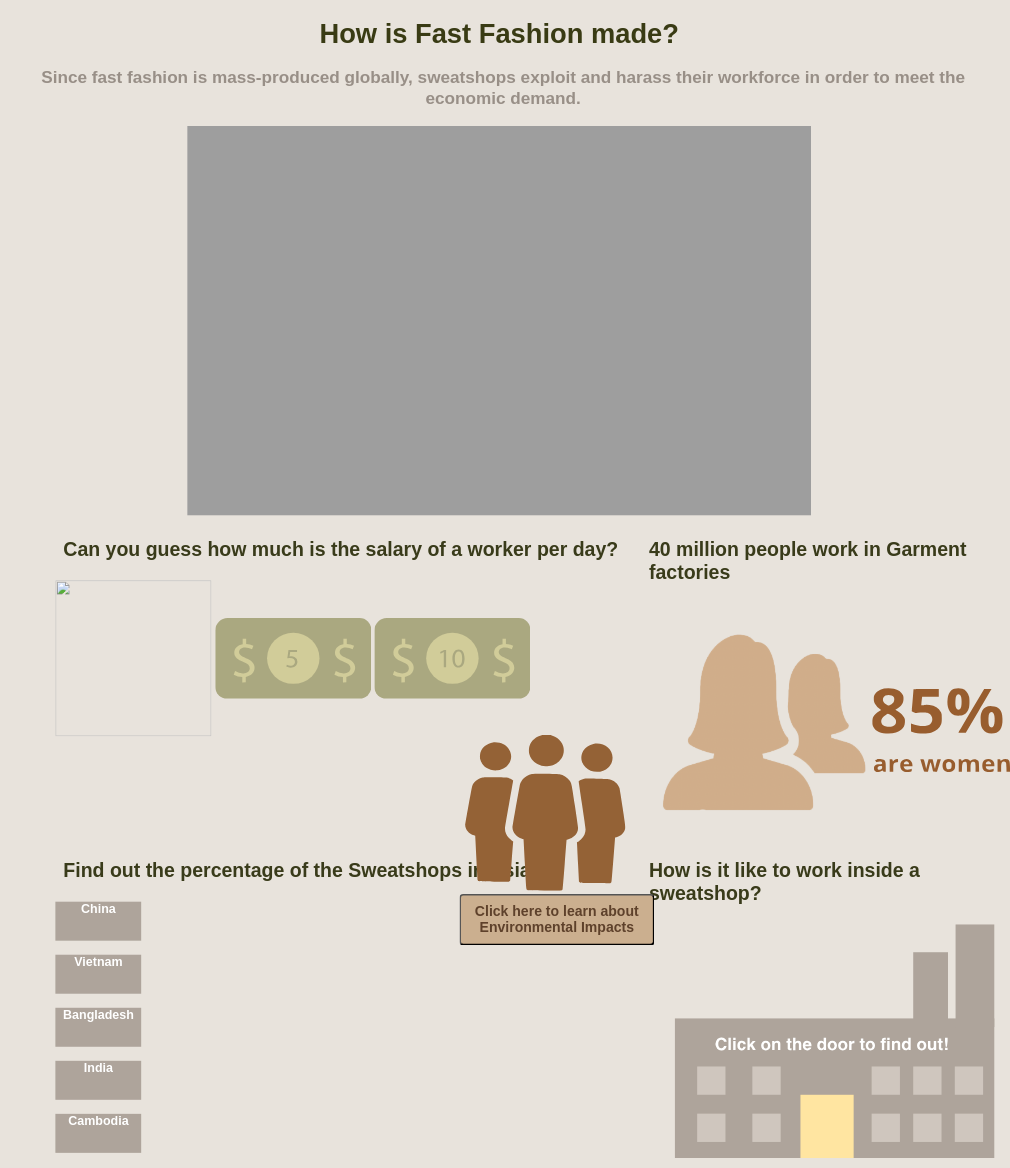
Repository: DevOfHockey/mdia-2190-midterm
Page: fashionlabor.html
An editor plug-in stored every save of this project. The page is shown before and after the next save, followed by the edit.
The browser window is 1280 px wide. The page is 1295 px wide, so the pictures cover 1295 px, including what lies to the right of the window. The pictures show the whole page, at 78% of full size.

Above is the page before, as saved 2022-03-08 20:47:33.

### fashionlabor.html
<!DOCTYPE html>
<html>
  <head>
    <title>Fashion Labor</title>
    <script src="comps/header.js"></script>
    <script src="comps/infobox.js"></script>
    <script src="comps/salarybox.js"></script>
    <script src="comps/sweatshopbox.js"></script>
    <script src="comps/womenbox.js"></script>
    <script src="comps/sweatshopgraph.js"></script>
    <script src="comps/laborphotoslider.js"></script>
    <link rel="stylesheet" href="fashionlabor.css">
  </head>
<!-- Header -->
  <body>
  <div class="main"></div>
    <div class="Headings">
      <the-header
        name="Sample Header">
      </the-header>
      <p class="subheading">Since fast fashion is mass-produced globally, sweatshops exploit and harass their workforce in order to meet the economic demand.</p>
      <the-photoslider></the-photoslider>
    </div>

<!-- Images with Info-->
    <div id="info">
      <div class="salary">
        <p>Can you guess how much is the salary of a worker per day?</p>
        <the-salary></the-salary>
      </div>

      <div class="asia">
        <p><span>40 million people</span> work in Garment factories</p>
        <the-women></the-women>
      </div>

      <div class="environment">
        <img src="/imgs/human.svg" class="human" width="220" height="200">
        <button>Click here to learn about Environmental Impacts</button>
      </div>

      <div class="people">
        <p>Find out the percentage of the Sweatshops in Asia</p>
        <the-graph></the-graph>
      </div>

      <div class="sweatshops">
        <p>How is it like to work inside a sweatshop?</p>
        <the-sweatshop></the-sweatshop>
      </div>
    </div>
  </div>

  </body>
</html>

### comps/header.js
var template_header = document.createElement("template"); //<template> </template> RULE

//To-do - CREATE THE UI HERE!
template_header.innerHTML = `
<div class = "header">
<h1> How is Fast Fashion made? </h1>
</div>
<style>
h1 {
    color: #393b14;
    font-size: 35px;
}
</style>
`;

//MUST HAVE - CREATE A CLASS WITH HTMLELEMENT POWERS (interfaces/functionalities)
class TheHeader extends HTMLElement {

    //MUST HAVE - CREATE A CONSTRUCTOR TO DO INITAL ASSOCIATIONS
    constructor(){
        super(); //pass on the HTMLElement super powers!
        this.attachShadow({mode:"open"}) //Attach it to the shadowRoot

        //To-do - CREATE THE STATES FOR THE UI HERE!
    }

    //MUST HAVE - FUNCTION THAT RUNS AFTER IT'S CONNECTED
    connectedCallback(){
        this.shadowRoot.appendChild(template_header.content.cloneNode(true)); //use the template to make a clone
    }

    //To-do - CREATE THE FUNCTIONALITIES HERE!
}

//MUST HAVE - define the tag for the custom elements
customElements.define("the-header", TheHeader)

### comps/infobox.js
//MUST HAVE - CREATE A TEMPLATE TAG
var template_info = document.createElement("template"); //<template> </template> RULE

//To-do - CREATE THE UI HERE!
template_info.innerHTML = `
<div id = "info_cont">
<h3>Info Title<h3>
<img id='image' src='/imgs/sweatshopsgraph.svg' />
</div>

<style>
h3 {
    font-size: 25px;
    font-weight: bold;
    color: #393B1A;
    text-align: left;
    margin-left: 30px;
}

#image {
    width: 400px;
    height: 300px;
}
`;

//MUST HAVE - CREATE A CLASS WITH HTMLELEMENT POWERS (interfaces/functionalities)
class TheInfo extends HTMLElement {

    //MUST HAVE - CREATE A CONSTRUCTOR TO DO INITAL ASSOCIATIONS
    constructor(){
        super(); //pass on the HTMLElement super powers!
        this.attachShadow({mode:"open"}) //Attach it to the shadowRoot

        //To-do - CREATE THE STATES FOR THE UI HERE!
    }

    //MUST HAVE - FUNCTION THAT RUNS AFTER IT'S CONNECTED
    connectedCallback(){
        this.shadowRoot.appendChild(template_info.content.cloneNode(true)); //use the template to make a clone
        //console.log(this.getAttribute("name"))
        if(this.getAttribute("name")){
        this.shadowRoot.querySelector("#info_cont > h3").innerText = this.getAttribute("name");
        }
        if(this.getAttribute("img")){
        this.shadowRoot.querySelector("img").src = this.getAttribute("img");
        }
    }

    //To-do - CREATE THE FUNCTIONALITIES HERE!
}

//MUST HAVE - define the tag for the custom elements
customElements.define("the-info", TheInfo)

### comps/salarybox.js
//MUST HAVE - CREATE A TEMPLATE TAG
var template_salary = document.createElement("template"); //<template> </template> RULE

//To-do - CREATE THE UI HERE!
template_salary.innerHTML = `
<style>
img {
    width: 200px;
    height: 200px;
}

img.twodollar:hover {
    filter: drop-shadow(5px 5px 5px #67664F);
}

img.fivedollar:hover {
    filter: drop-shadow(5px 5px 5px #67664F);
}

img.tendollar:hover {
    filter: drop-shadow(5px 5px 5px #67664F);
}

</style>

<div id="maincont">
    <div id="salarybox">
        <img class="twodollar" src="/imgs/2dollar.svg" onclick="myFunction()">
        <img class="fivedollar" src="/imgs/5dollar.svg">
        <img class="tendollar" src="/imgs/10dollar.svg">
    </div>
</div>
`;

//MUST HAVE - CREATE A CLASS WITH HTMLELEMENT POWERS (interfaces/functionalities)
class TheSalary extends HTMLElement {

    //MUST HAVE - CREATE A CONSTRUCTOR TO DO INITAL ASSOCIATIONS
    constructor(){
        super(); //pass on the HTMLElement super powers!
        this.attachShadow({mode:"open"}) //Attach it to the shadowRoot

        //To-do - CREATE THE STATES FOR THE UI HERE!
    }

    //MUST HAVE - FUNCTION THAT RUNS AFTER IT'S CONNECTED
    connectedCallback(){
        this.shadowRoot.appendChild(template_salary.content.cloneNode(true)); //use the template to make a clone
        this.shadowRoot.querySelector('#salarybox > img:nth-child(1)').onclick = () => this.showAnswerone();
        this.shadowRoot.querySelector('#salarybox > img:nth-child(2)').onclick = () => this.showAnswertwo();
        this.shadowRoot.querySelector('#salarybox > img:nth-child(3)').onclick = () => this.showAnswerthree();
    }

    //To-do - CREATE THE FUNCTIONALITIES HERE!
    showAnswerone(){
        this.shadowRoot.querySelector('#salarybox > img:nth-child(1)').src= '/imgs/correctanswer.svg';
    }
    showAnswertwo(){
        this.shadowRoot.querySelector('#salarybox > img:nth-child(2)').src= '/imgs/wronganswer.svg';
    }
    showAnswerthree(){
        this.shadowRoot.querySelector('#salarybox > img:nth-child(3)').src= '/imgs/wronganswer.svg';
    }
}

//MUST HAVE - define the tag for the custom elements
customElements.define("the-salary", TheSalary)

### comps/sweatshopbox.js
//1- CREATE A TEMPLATE TAG
var template_sweatshop = document.createElement("template"); //<template> </template> RULE

//2- CREATE UI HERE (optional)!
template_sweatshop.innerHTML = `
<style>
.factory {
    width: 450px;
    height: 300px;
    margin-left: 5%;
}

.factory:hover {
    filter: drop-shadow(2px 2px 2px #6A645F);
}

</style>

<div id="sweatshopimg">
    <img class="factory" src="/imgs/sweatshop.svg">
</div>
`;

//3- CREATE A CLASS WITH HTMLELEMENT POWERS (interfaces/functionalities)
class TheSweatshop extends HTMLElement {

    //4- CREATE A CONSTRUCTOR TO DO INITAL ASSOCIATIONS
    constructor(){
        super(); //pass on the HTMLElement super powers!
        this.attachShadow({mode:"open"}) //Attach it to the shadowRoot

        //5- CREATE THE STATES FOR THE UI HERE!
    }

    //6- FUNCTION THAT RUNS AFTER IT'S CONNECTED
    connectedCallback(){
        this.shadowRoot.appendChild(template_sweatshop.content.cloneNode(true)); //use the template to make a clone
        this.shadowRoot.querySelector('#sweatshopimg > img').onclick = () => this.showAnswer();
    }

    //7- CREATE THE FUNCTIONALITIES HERE!
    showAnswer(){
        this.shadowRoot.querySelector('#sweatshopimg > img').src= '/imgs/sweatshopanswer.svg';
    }
}

//8- define the tag for the custom elements
customElements.define("the-sweatshop", TheSweatshop)

### comps/womenbox.js
//1- CREATE A TEMPLATE TAG
var template_women = document.createElement("template"); //<template> </template> RULE

//2- CREATE UI HERE (optional)!
template_women.innerHTML = `
<style>
.women {
    width: 450px;
    height: 300px;
    margin-left: 5%;
}

.women:hover {
    filter: drop-shadow(2px 2px 2px #A8947D);
}
</style>

<div id="womenpercent">
    <img class="women" src="/imgs/women.svg">
</div>
`;

//3- CREATE A CLASS WITH HTMLELEMENT POWERS (interfaces/functionalities)
class TheWomen extends HTMLElement {

    //4- CREATE A CONSTRUCTOR TO DO INITAL ASSOCIATIONS
    constructor(){
        super(); //pass on the HTMLElement super powers!
        this.attachShadow({mode:"open"}) //Attach it to the shadowRoot

        //5- CREATE THE STATES FOR THE UI HERE!
    }

    //6- FUNCTION THAT RUNS AFTER IT'S CONNECTED
    connectedCallback(){
        this.shadowRoot.appendChild(template_women.content.cloneNode(true)); //use the template to make a clone
        this.shadowRoot.querySelector('#womenpercent > img').onclick = () => this.showAnswer();
    }

    //7- CREATE THE FUNCTIONALITIES HERE!
    showAnswer(){
        this.shadowRoot.querySelector('#womenpercent > img').src= '/imgs/womenfact.svg';
    }
}

//8- define the tag for the custom elements
customElements.define("the-women", TheWomen)

### comps/sweatshopgraph.js
//1- CREATE A TEMPLATE TAG
var template_graph = document.createElement("template"); //<template> </template> RULE

//2- CREATE UI HERE (optional)!
template_graph.innerHTML = `
<style>
div {
    width: 110px;
    height: 50px;
    background: #AEA49B;
    font-family: Sans-serif;
    font-weight: bold;
    color: white;
    text-align: center;
}
.China:hover {
    filter: drop-shadow(2px 2px 2px #6A645F);
}
.Vietnam:hover {
    filter: drop-shadow(2px 2px 2px #6A645F);
}
.Bangladesh:hover {
    filter: drop-shadow(2px 2px 2px #6A645F);
}
.India:hover {
    filter: drop-shadow(2px 2px 2px #6A645F);
}
.Cambodia:hover {
    filter: drop-shadow(2px 2px 2px #6A645F);
}
</style>

<div id="countries">
    <div class="China">China</div><br>
    <div class="Vietnam">Vietnam</div><br>
    <div class="Bangladesh">Bangladesh</div><br>
    <div class="India">India</div><br>
    <div class="Cambodia">Cambodia</div><br>
</div>

`;

//3- CREATE A CLASS WITH HTMLELEMENT POWERS (interfaces/functionalities)
class TheGraph extends HTMLElement {

    //4- CREATE A CONSTRUCTOR TO DO INITAL ASSOCIATIONS
    constructor(){
        super(); //pass on the HTMLElement super powers!
        this.attachShadow({mode:"open"}) //Attach it to the shadowRoot

        //5- CREATE THE STATES FOR THE UI HERE!
    }

    //6- FUNCTION THAT RUNS AFTER IT'S CONNECTED
    connectedCallback(){
        this.shadowRoot.appendChild(template_graph.content.cloneNode(true)); //use the template to make a clone
        this.shadowRoot.querySelector('.China').onclick = () => this.showChinagraph();
        this.shadowRoot.querySelector('.Vietnam').onclick = () => this.showVietnamgraph();
        this.shadowRoot.querySelector('.Bangladesh').onclick = () => this.showBangladeshgraph();
        this.shadowRoot.querySelector('.India').onclick = () => this.showIndiagraph();
        this.shadowRoot.querySelector('.Cambodia').onclick = () => this.showCambodiagraph();
    }

    //7- CREATE THE FUNCTIONALITIES HERE!
    showChinagraph(){
        this.shadowRoot.querySelector('.China').style.cssText= `
            transition: width 1s;
            transition-timing-function: linear;
            width: 400px;
            background: #74724E;
            font-size: 25px;
        `;
        this.shadowRoot.querySelector('.China').innerHTML= `
            China 42%
        `;
    }
    showVietnamgraph(){
        this.shadowRoot.querySelector('.Vietnam').style.cssText= `
            transition: width 1s;
            transition-timing-function: linear;
            width: 350px;
            background: #957F32;
            font-size: 25px;
        `;
        this.shadowRoot.querySelector('.Vietnam').innerHTML= `
            Vietnam 12%
        `;
    }
    showBangladeshgraph(){
        this.shadowRoot.querySelector('.Bangladesh').style.cssText= `
            transition: width 1s;
            transition-timing-function: linear;
            width: 300px;
            background: #C1BD69;
            font-size: 25px;
        `;
        this.shadowRoot.querySelector('.Bangladesh').innerHTML= `
            Bangladesh 7%
        `;
    }
    showIndiagraph(){
        this.shadowRoot.querySelector('.India').style.cssText= `
            transition: width 1s;
            transition-timing-function: linear;
            width: 250px;
            background: #B4B17E;
            font-size: 25px;
        `;
        this.shadowRoot.querySelector('.India').innerHTML= `
            India 5%
        `;
    }
    showCambodiagraph(){
        this.shadowRoot.querySelector('.Cambodia').style.cssText= `
            transition: width 1s;
            transition-timing-function: linear;
            width: 200px;
            background: #D0CD99;
            font-size: 25px;
        `;
        this.shadowRoot.querySelector('.Cambodia').innerHTML= `
            Cambodia 4%
        `;
    }

}

//8- define the tag for the custom elements
customElements.define("the-graph", TheGraph)

### comps/laborphotoslider.js
//1- CREATE A TEMPLATE TAG
var template_slider = document.createElement("template"); //<template> </template> RULE

//2- CREATE UI HERE (optional)!
template_slider.innerHTML = `
<style>
    img {
        justify-content:center;
        width: 800px;
        height: 500px;
    }
</style>

<div>
    <img src="/imgs/sweatshoptwo.jpeg"
</div>
`;

//3- CREATE A CLASS WITH HTMLELEMENT POWERS (interfaces/functionalities)
class ThePhotoSlider extends HTMLElement {

    //4- CREATE A CONSTRUCTOR TO DO INITAL ASSOCIATIONS
    constructor(){
        super(); //pass on the HTMLElement super powers!
        this.attachShadow({mode:"open"}) //Attach it to the shadowRoot

        //5- CREATE THE STATES FOR THE UI HERE!
    }

    //6- FUNCTION THAT RUNS AFTER IT'S CONNECTED
    connectedCallback(){
        this.shadowRoot.appendChild(template_slider.content.cloneNode(true)); //use the template to make a clone
    }

    //7- CREATE THE FUNCTIONALITIES HERE!

}

//8- define the tag for the custom elements
customElements.define("the-photoslider", ThePhotoSlider)

### fashionlabor.css
body {
    background-color: #e8e3dc;
    font-family: Arial, Helvetica, sans-serif;
}
.Headings {
    text-align: center;
    font-family: Arial, Helvetica, sans-serif;
}
p.subheading {
    text-align: center;
    font-family: Arial, Helvetica, sans-serif;
    color: #988F87;
    font-size: 22px;
}
#info {
    display: grid;
    grid-template-columns: 2fr 1fr;
    margin-left: 5%;
}
button {
    display:flex;
    align-self: center;
    background-color: #CBAF8F;
    color: #5E412B;
    text-align: center;
    padding: 10px;
    text-decoration: none;
    font-family: Arial, Helvetica, sans-serif;
    font-size: 18px;
    font-weight: bold;
    border-radius: 5px;
    width: 250px;
}
.environment {
    align-self: center;
    position: absolute;
    left: 46%;
}
p {
    font-size: 25px;
    font-weight: bold;
    color: #393B1A;
    text-align: left;
    margin-left: 10px;
}

### imgs/2dollar.svg
<svg id="Layer_2" data-name="Layer 2" xmlns="http://www.w3.org/2001/svg" viewBox="0 0 141.25 78.75"><defs><style>.cls-1,.cls-4{fill:#aaa880;}.cls-2,.cls-3{fill:#d0cd99;}.cls-3{font-size:48px;}.cls-3,.cls-4{font-family:OpenSans, Open Sans;}.cls-4{font-size:25.95px;}</style></defs><rect class="cls-1" width="141.25" height="78.75" rx="7.38"/><ellipse class="cls-2" cx="71.86" cy="40.05" rx="24.28" ry="23.6"/><text class="cls-3" transform="translate(12.5 57.56)">$</text><text class="cls-3" transform="translate(102.29 58.12)">$</text><text class="cls-4" transform="translate(63.89 49.4) scale(1.1 1)">2</text></svg>

After the next save:
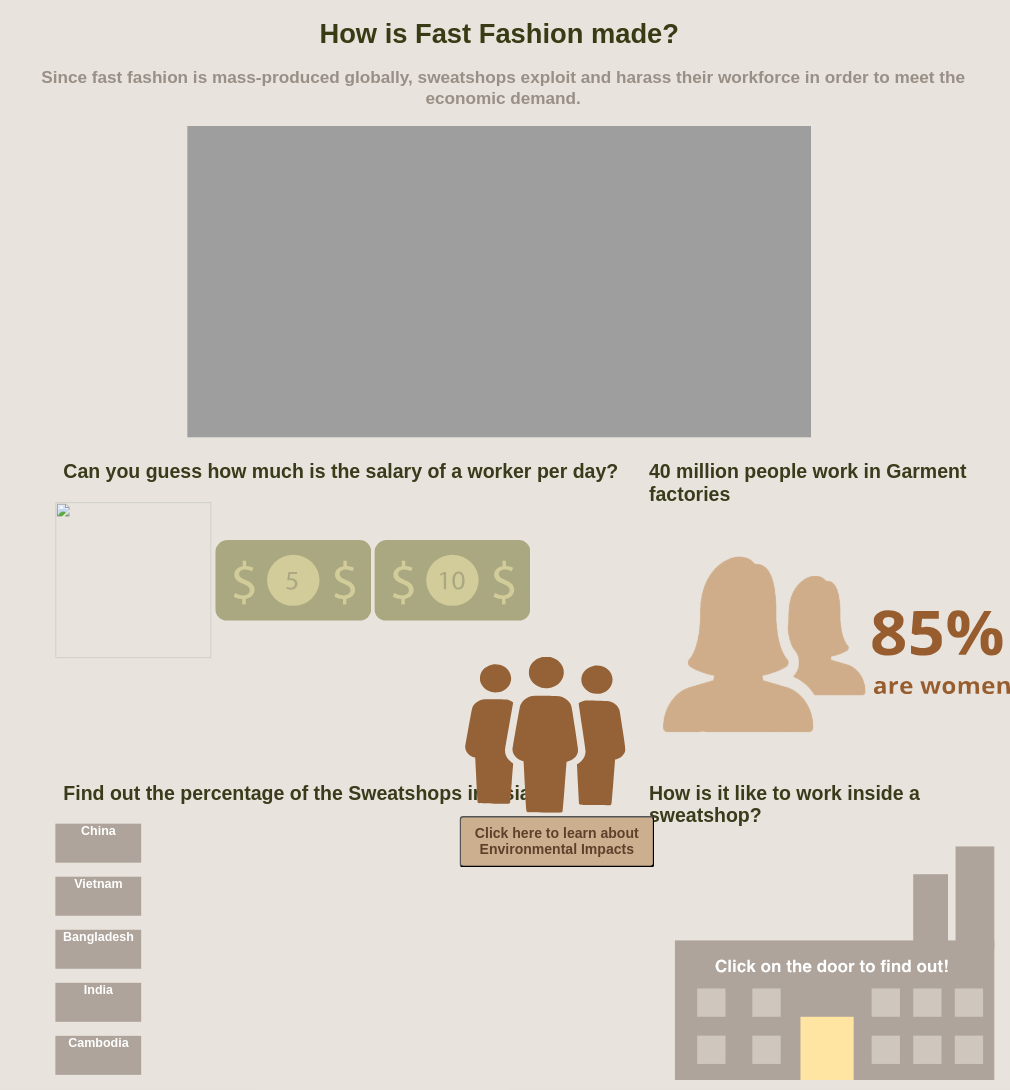
Saved 13 s later.
--- a/comps/laborphotoslider.js
+++ b/comps/laborphotoslider.js
@@ -7,7 +7,7 @@
     img {
         justify-content:center;
         width: 800px;
-        height: 500px;
+        height: 400px;
     }
 </style>
 

After the save that followed:
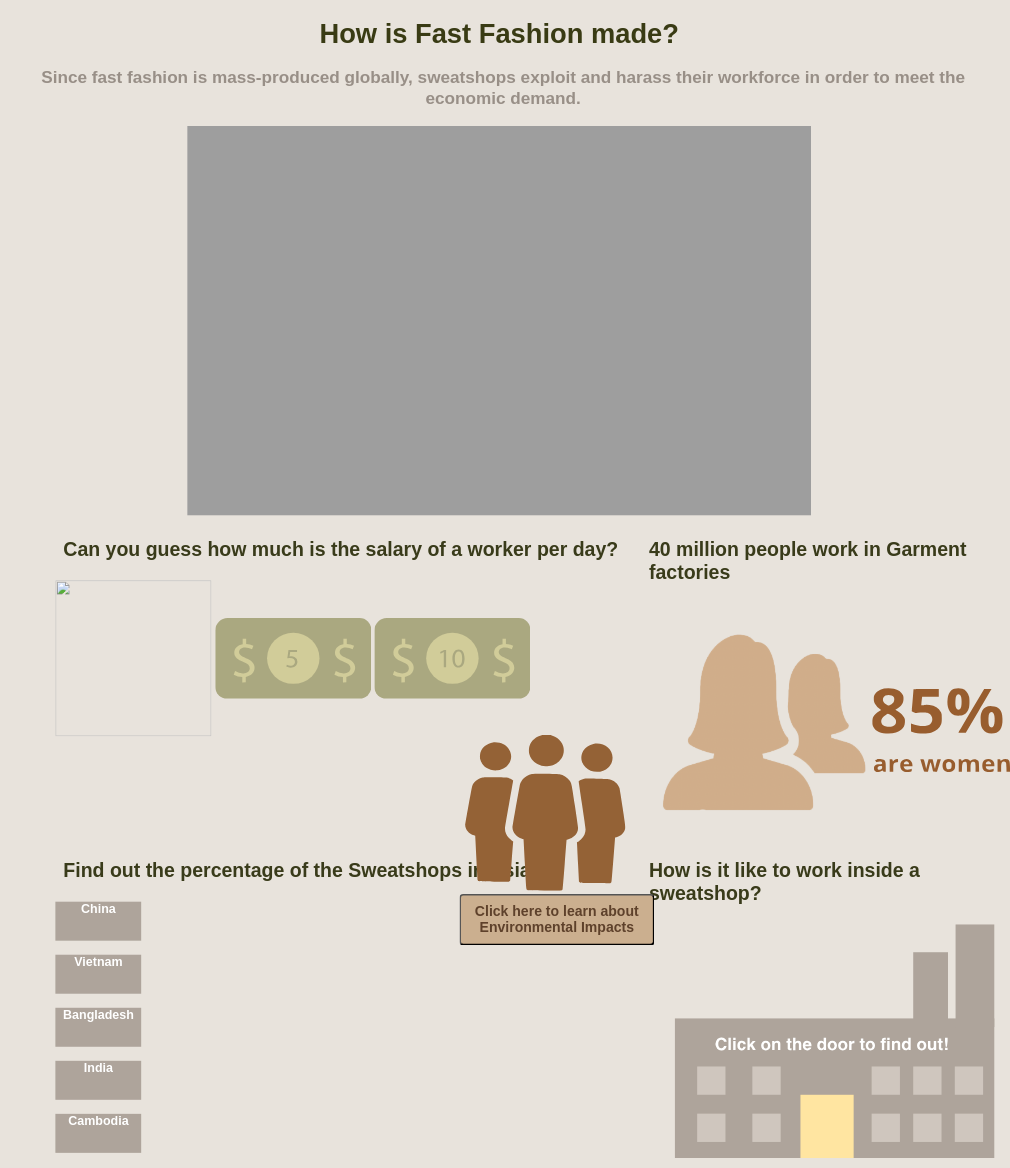
Saved 35 s later.
--- a/comps/laborphotoslider.js
+++ b/comps/laborphotoslider.js
@@ -7,7 +7,7 @@
     img {
         justify-content:center;
         width: 800px;
-        height: 400px;
+        height: 500px;
     }
 </style>
 
